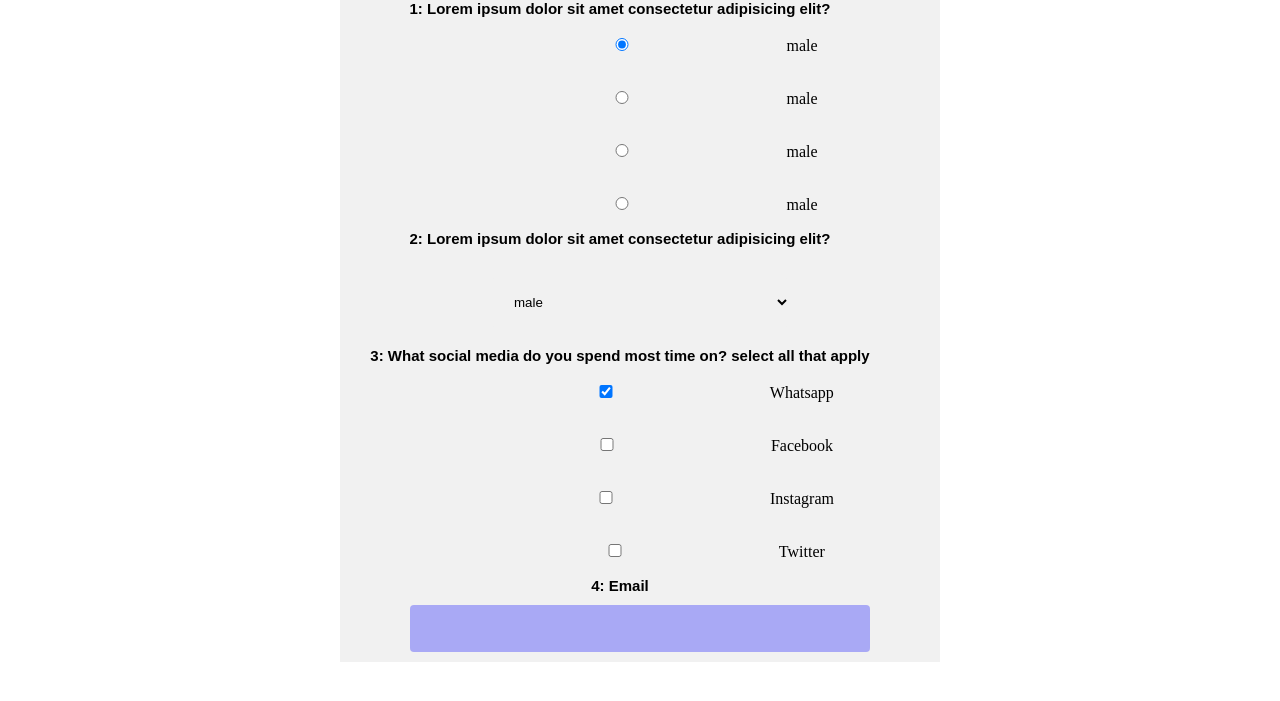
Repository: Grace229/Hasob-form
Page: index.html
These files come from the project's save history. The page is drawn as it stood at one moment and after a run of saves; the edit follows.
The browser window is 1280 px wide. The pictures show the whole page.

Above is the page before, as saved 2020-12-27 11:12:18.

After the next 2 saves:
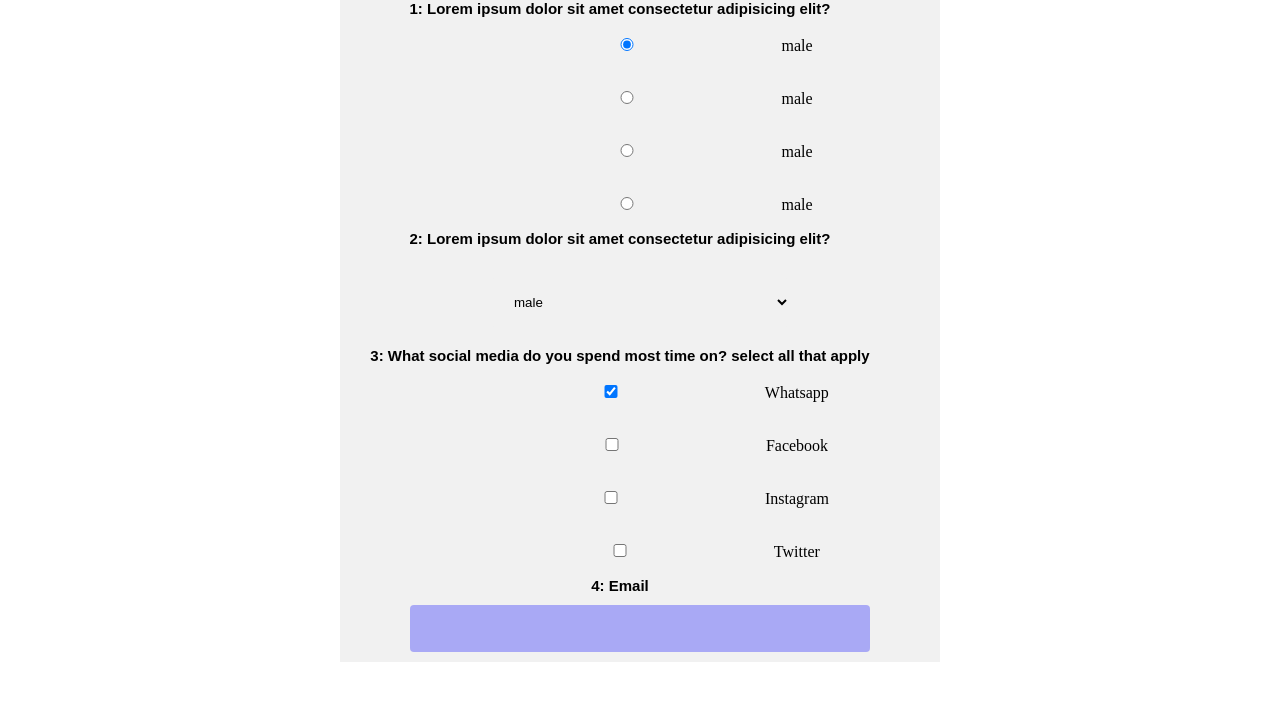
The 2 saves are shown as one change because they came seconds apart.
The last was saved 53 s later.
--- a/style.css
+++ b/style.css
@@ -14,7 +14,7 @@ label input[type=checkbox]{
 
 .input{
     width: 50%;
-    margin: 20px 10px 20px 10px;
+    margin: 20px 0px 20px 10px;
 }
 .check{
     border: solid 1px black;
